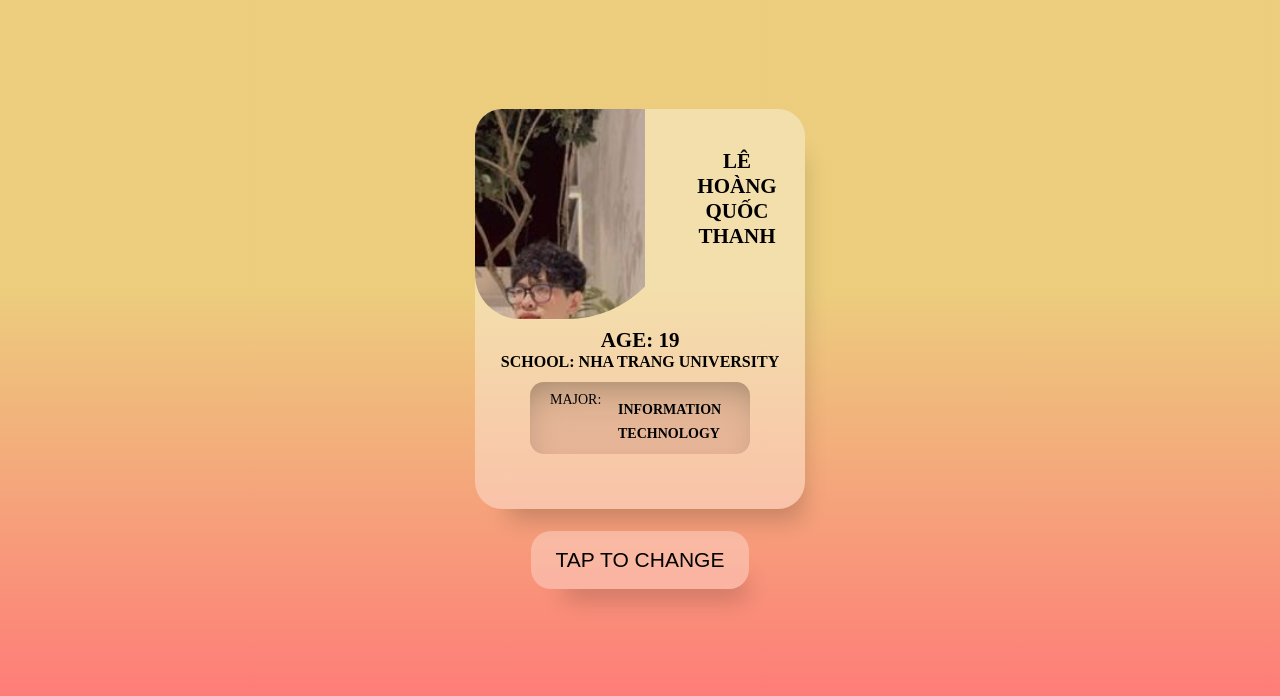
Repository: ThanhThn/profile
Page: index.html
An editor plug-in stored every save of this project. The page is shown before and after the next save, followed by the edit.
The browser window is 1280 px wide. The pictures show the whole page.
Some web fonts or font styles are not loaded; a fallback is used. Some web libraries are served in a nearby version.

Above is the page before, as saved 2022-12-11 20:10:23.

### index.html
<!DOCTYPE html>
<html lang="en">
<head>
    <meta charset="UTF-8">
    <meta http-equiv="X-UA-Compatible" content="IE=edge">
    <meta name="viewport" content="width=device-width, initial-scale=1.0">
    <title>Document</title>
    <link rel="stylesheet" href="style.css">
    <script src="https://kit.fontawesome.com/1e9820e74f.js" crossorigin="anonymous"></script>
</head>
<body>
    <div class="container">
        <div class="content" style="display: block">
            <img src="avatar.jpg" alt="avatar">
            <span class="name">LÊ hoàng quốc thanh</span>
            <span class="age" ></span>
            <span id="school">school: nha trang university</span>
            <div class="major">
                <span id = "major">Major:</span>
                <span id = "major--name">information technology</span>
            </div>
        </div>
        <div class="content" style="display: none">
            <img src="avatar.jpg" alt="avatar">
            <span class="name">LÊ hoàng quốc thanh</span>
            <span class="age" ></span>
            <div id="box-container">
                <div class="contact">
                    <a href="https://www.facebook.com/lehoangquocthan/" target="_blank">
                        <div class="box"><i class="fa-brands fa-facebook-f"></i></div>
                    </a>
                    <a href="https://www.facebook.com/lehoangquocthan/" target="_blank">
                        <span class="text-contact">Facebook</span>
                    </a>
                </div>
                <div class="contact">
                    <a href="mailto:lhqthanh1809@gmail.com" target="_blank">
                        <div class="box"><i class="fa-solid fa-envelope"></i></div>
                    </a>
                    <a href="mailto:lhqthanh1809@gmail.com" target="_blank">
                        <span class="text-contact">Email</span>
                    </a>

                </div>
                <div class="contact">
                    <a href="https://github.com/ThanhThn" target="_blank">
                        <div class="box"><i class="fa-brands fa-github"></i></div>
                    </a>
                    <a href="https://github.com/ThanhThn" target="_blank">
                        <span class="text-contact">Github</span>
                    </a>
                </div>

            </div>
        </div>
        <button id="btn">tap to change</button>
    </div>

    <script>
        var ages = new Date().getFullYear() - 2003;
        var text = document.getElementsByClassName("age");
        for(let i = 0; i < text.length; i++){
            text[i].innerHTML = `age: ${ages}`;
        }
    </script>

  <!--  <script>
        const btn = document.getElementById("btn");
        const main = document.getElementsByClassName("content");
        btn.addEventListener("click", () => {
            for(let i = 0; i < main.length; i++){
                if(Object.values(main[i].style).indexOf("animation-timing-function") < 0){
                    main[i].style.animation = "rotate  4s linear  infinite";
                }
                else{
                    main[i].style.removeProperty("animation");
                }
            }
        })
    </>-->
    <script>
        const btn = document.getElementById("btn");
        const main = document.getElementsByClassName("content");
        btn.addEventListener("click", () => {
            for(let i = 0; i < main.length; i++){
                if (main[i].style.display == "block"){
                    main[i].style.display = "none";
                }else{
                    main[i].style.display = "block";
                }
            }
        })
    </script>
</body>
</html>

### style.css
@import url('https://fonts.googleapis.com/css2?family=Kodchasan:wght@700&family=Lemonada:wght@300;600;700&family=Pacifico&display=swap');
*{
    padding: 0;
    margin: 0;
    box-sizing: border-box;
}

body{
    background:  linear-gradient( to bottom, rgba(223, 172,39,60%) 40%, rgba(255,22,22,58%) 100% );
    width: 100%;
    height: 100vh;
}
.container{
    position: absolute;
    top: 50%;
    left: 50%;
    transform: translate(-50%, -50%);
    display: flex;
    flex-direction: column;
    align-items: center;
}

.content{
    display: block;
    width: 330px;
    height: 400px;
    background: rgba(255, 255, 255, 35%);
    border-radius: 27px;
    box-shadow: rgba(0, 0, 0, .2) 15px 28px 25px -18px;
    /*animation: rotate  4s linear  infinite;*/
}

.content img{
    width: 202px;
    height: 210px;
    border-radius: 27px 0 110px 45px;
    object-fit: cover;
    object-position: -32px 0;
}
span{
    width: 104px;
    font-size: 21px;
    text-transform: uppercase;
    font-weight: 700;
    font-family: 'Lemonada', cursive;
}
.content .name{
    position: absolute;
    text-align: center;
    top: 40px;
    left: 210px;
}

.content .age{
    display: block;
    position: relative;
    width: 100%;
    top: 5px;
    text-align: center;
}
#school{
    font-size: 16px;
    font-weight: 600;
    display: block;
    width: 100%;
    text-align: center;
    position: relative;
    top:5px;
}

.major{
    width: 220px;
    height: 72px;
    background-color: rgba(126, 48, 40, .15);
    border-radius: 14px;
    box-shadow: 3px 20px 39px -19px rgba(0,0,0,0.35) inset;
    -webkit-box-shadow: 3px 20px 39px -19px rgba(0,0,0,0.35) inset;
    -moz-box-shadow: 3px 20px 39px -19px rgba(0,0,0,0.35) inset;
    margin: 16px auto 0 auto;
    padding: 8px 0 0 20px ;
    position: relative;
}

.major #major{
    font-weight: 300;
    font-size: 14px;
}

.major #major--name{
    display: block;
    position: absolute;
    top: 22%;
    left: 40%;
    font-weight: 600;
    font-size: 14px;
    line-height: 24px;
}

#box-container{
    display: flex;
    flex-direction: row;
    justify-content: space-evenly;
    margin-top: 30px;
}
#box-container .box{
    width: 50px;
    height: 50px;
    border-radius: 50%;
    background: rgba(255, 255, 255, .6);
    font-size: 24px;
    position: relative;
    margin-bottom: 8px;
}
.contact{
    display: flex;
    flex-direction: column;
    align-items: center;
}
i{
    position: absolute;
    top: 50%;
    left: 50%;
    transform: translate(-50%, -50%);
    color: rgba(0, 0, 0, 1);
}
a{
    text-decoration: none;
    color: inherit;
    margin-top: auto;
}
.text-contact{
    width: 100%;
    margin-top: 8px;
    font-size: 14px;
    font-weight: 600;
    text-decoration: none;
}
 .box:hover{
    cursor: pointer;
    transform: translate(-2px, -2px);

}
a .text-contact:hover{
    cursor: pointer;
    transform: translate(0, -2px);
    text-shadow: 0 0px 15px rgba(0, 0, 0, .5);
}
#btn{
    background: rgba(255, 255, 255, .3);
    width: 218px;
    height: 58px;
    border-radius: 20px;
    border: none;
    margin: 22px;
    font-family: 'Kodchasan', sans-serif;
    font-size: 21px;
    text-transform: uppercase;
    box-shadow: rgba(0, 0, 0, .2) 15px 28px 25px -18px;
    background-position: 0 90%;
    background-repeat: repeat no-repeat;

}

#btn:hover {
    box-shadow: rgba(0, 0, 0, .3) 2px 8px 8px -5px;
    transform: translate3d(0, 2px, 0);
}


#btn:focus {
  box-shadow: rgba(0, 0, 0, .3) 2px 8px 4px -6px;
}

@keyframes rotate {
    from{
        transform: rotateY(0);
    }to{
        transform: rotateY(360deg);
    }
}

After the next save:
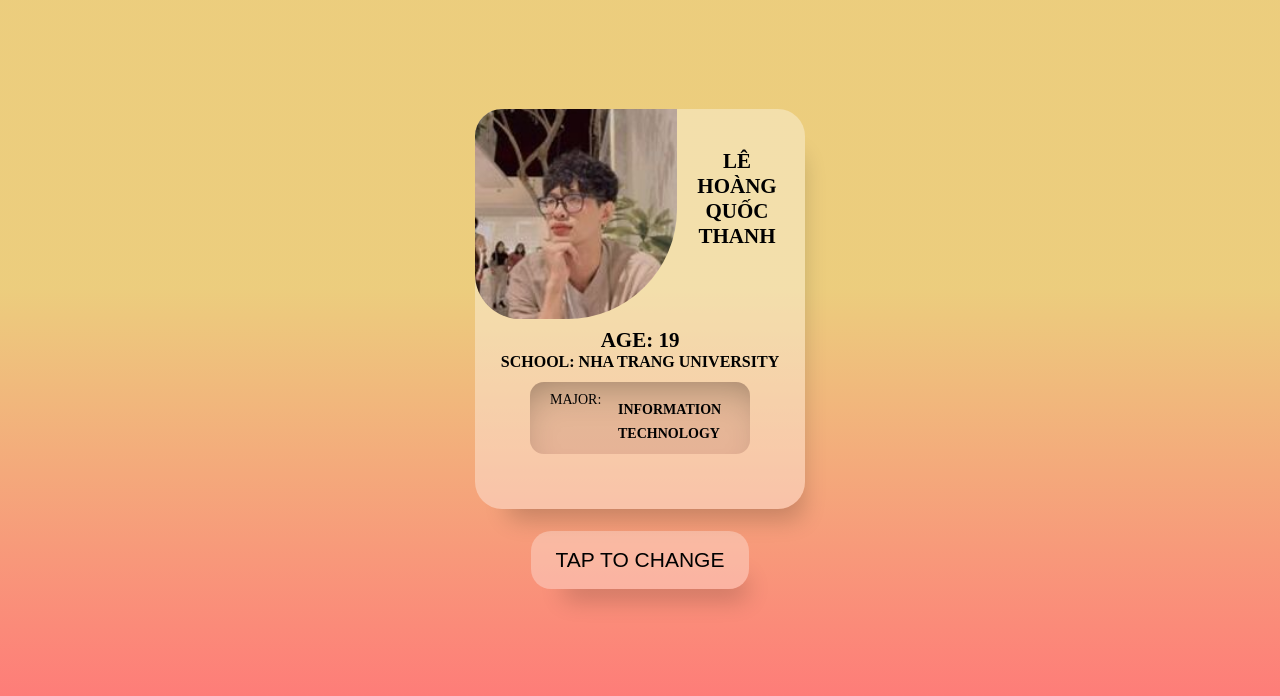
Saved 5 min 8 s later.
--- a/style.css
+++ b/style.css
@@ -35,7 +35,7 @@ body{
     height: 210px;
     border-radius: 27px 0 110px 45px;
     object-fit: cover;
-    object-position: -32px 0;
+    object-position: 0 -90px;
 }
 span{
     width: 104px;
